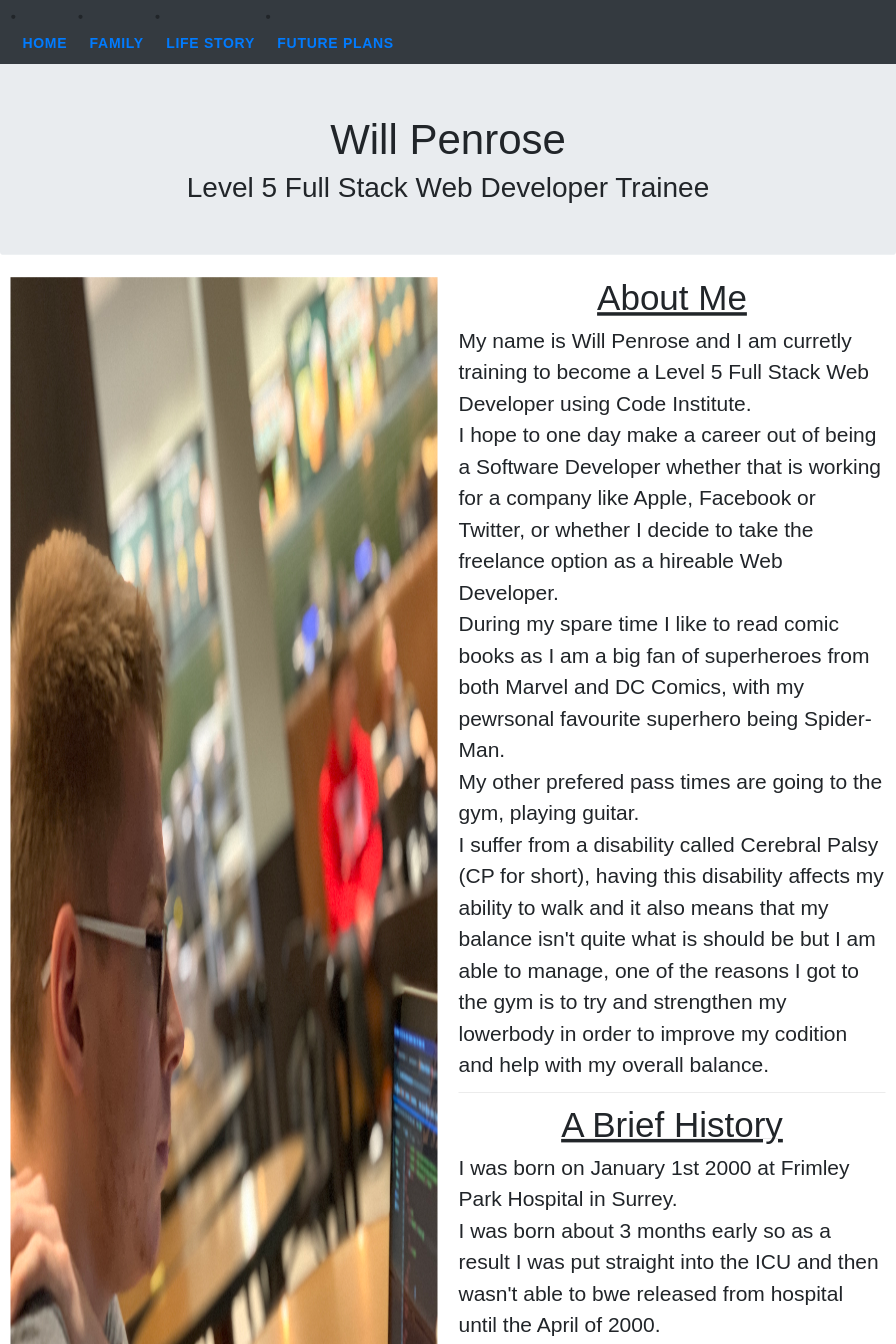
Repository: Code-Institute-Submissions/user-centric-frontend-dev-milestone-project
Page: index.html
The author's editor kept a record of every edit. The page is drawn from the files as they stood at one moment, then again after the next edit.
The browser window is 1280 px wide. The pictures show the part of the page from y = 0 to 1920 px (the page is 3505 px tall), at 70% of full size.
Some web fonts or font styles are not loaded; a fallback is used.

Above is the page before.

After the next edit:
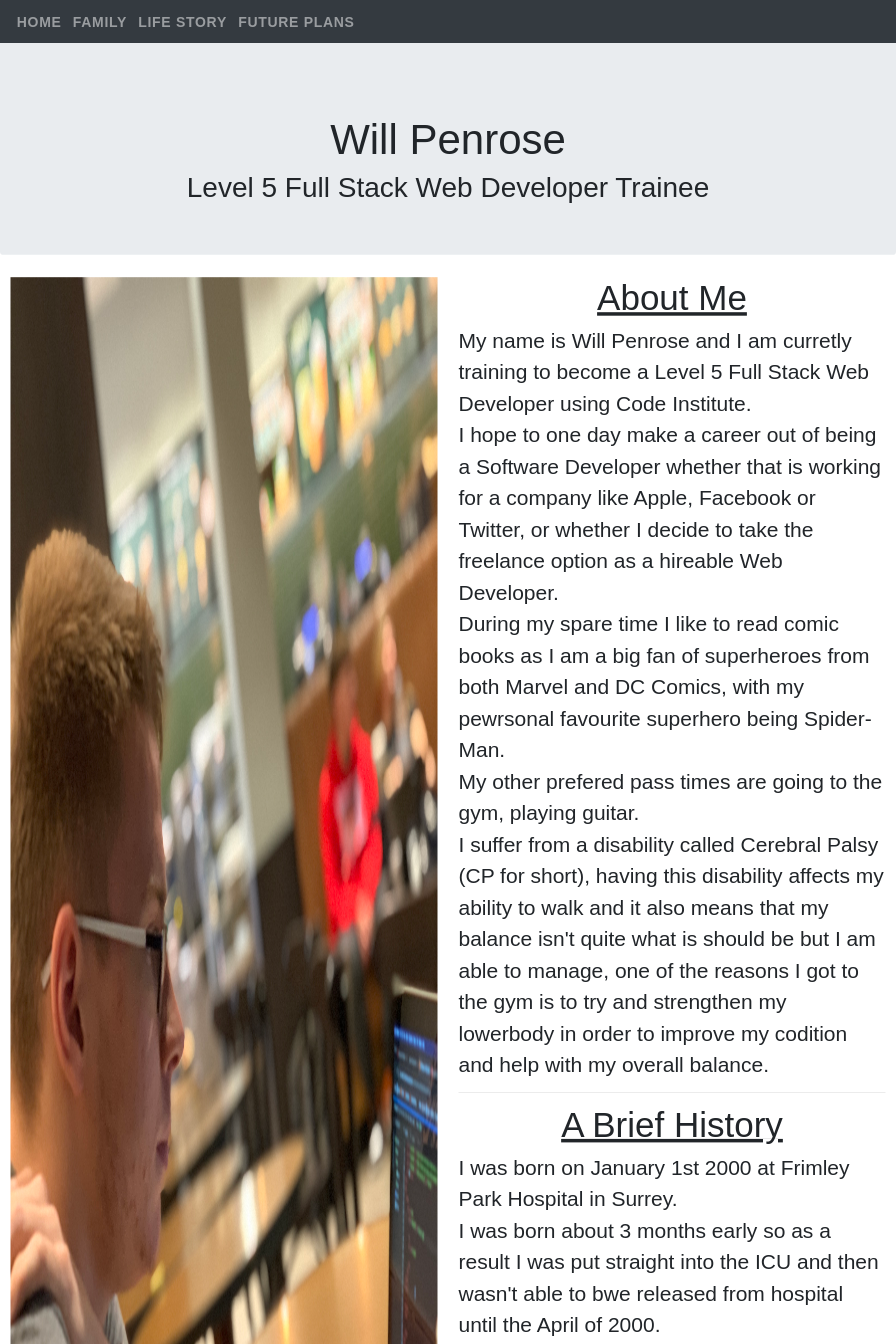
The edit:
--- a/index.html
+++ b/index.html
@@ -19,21 +19,21 @@
             <button class="navbar-toggler" data-toggle="collapse" data-target="#collapse_target">
                 <span class="navbar-toggler-icon"></span>
             </button>
-            <div class="collapse navbar-collapse" id="collapse-target"
-            <ul class="navbar-nav">
-                <li class="nav-item">
-                    <a class="nav-link" href="index.html">Home</a>
-                </li>
-                <li class="nav-item">
-                    <a class="nav-link" href="family.html">Family</a>
-                </li>
-                <li class="nav-item">
-                    <a class="nav-link" href="story.html">Life Story</a>
-                </li>
-                <li class="nav-item">
-                    <a class="nav-link" href="plans.html">Future Plans</a>
-                </li>
-            </ul>
+            <div class="collapse navbar-collapse" id="collapse-target">
+                <ul class="navbar-nav">
+                    <li class="nav-item">
+                        <a class="nav-link" href="index.html">Home</a>
+                    </li>
+                    <li class="nav-item">
+                        <a class="nav-link" href="family.html">Family</a>
+                    </li>
+                    <li class="nav-item">
+                        <a class="nav-link" href="story.html">Life Story</a>
+                    </li>
+                    <li class="nav-item">
+                        <a class="nav-link" href="plans.html">Future Plans</a>
+                    </li>
+                </ul>
             </div>
         </nav>
         <!--------------------------------------JUMBOTRON----------------------------->
